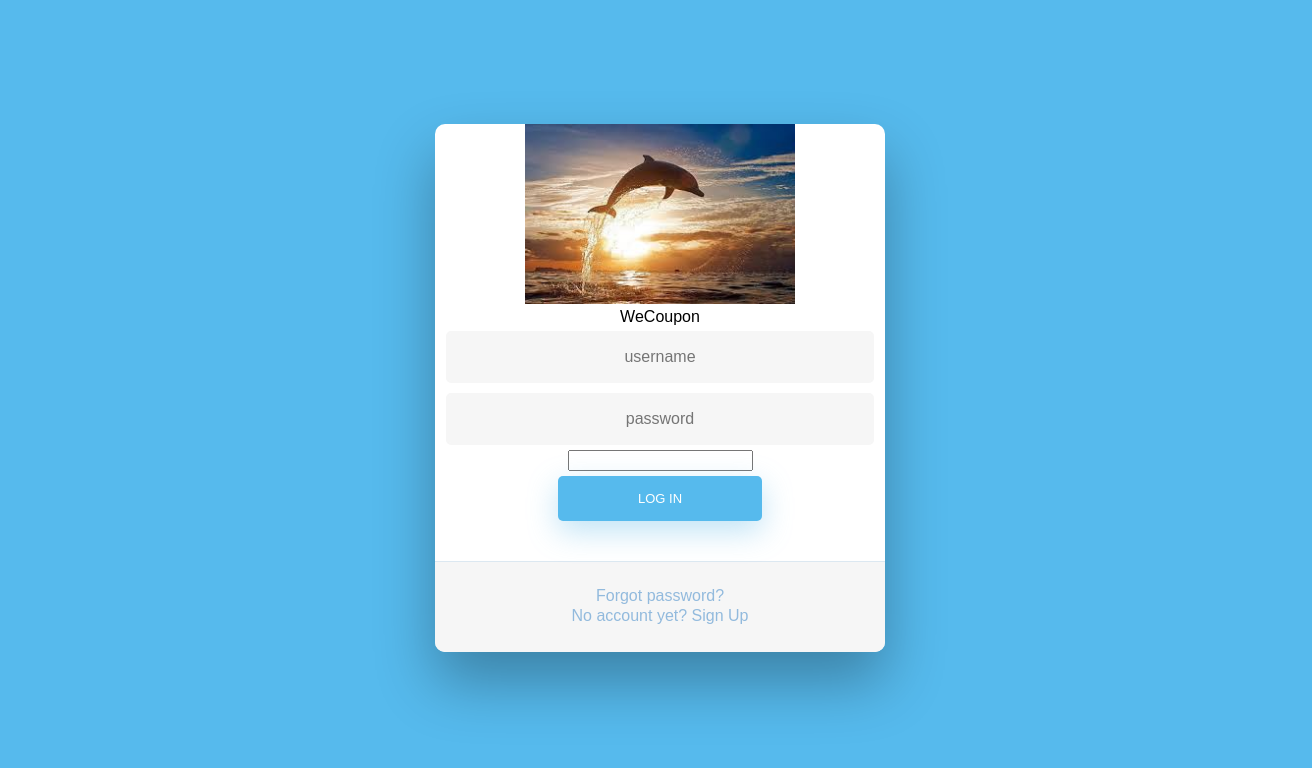
Repository: XUXiangCUHK/WeCoupon
Page: templates/login.html
The author's editor kept a copy of each file at every save. The page is drawn from the files as they stood at one save, then again after the next save.
The browser window is 1280 px wide. The page is 1312 px wide, so the pictures cover 1312 px, including what lies to the right of the window. The pictures show the whole page.

Above is the page before, as saved 2021-02-27 15:21:14.

After the next save:
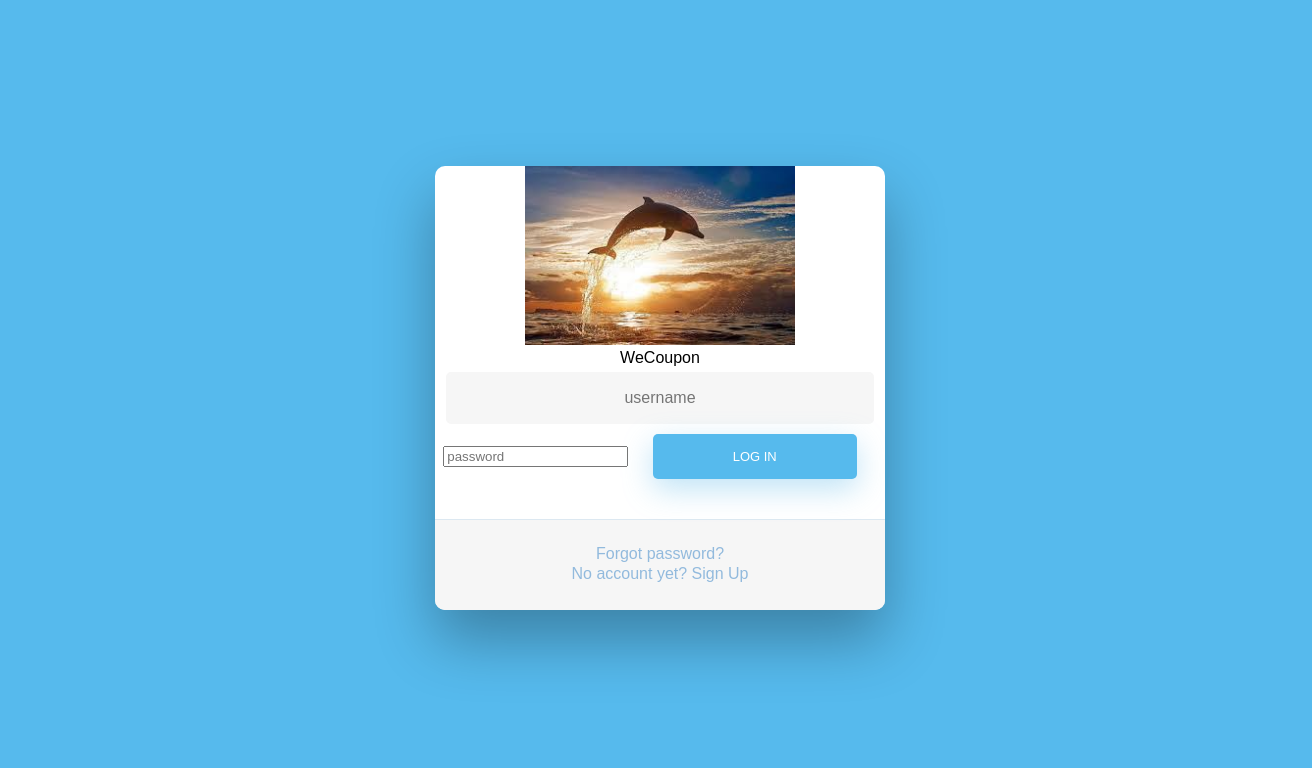
Saved 2 min 4 s later.
--- a/templates/login.html
+++ b/templates/login.html
@@ -25,11 +25,8 @@
           <!-- Login Form -->
           <form id="form_id" method="POST">
             <input type="text" id="username" class="fadeIn second" name="login" placeholder="username">
-            <input type="text" id="password" class="fadeIn third" name="login" placeholder="password">
-            <div class="relative">
-              <input type="password" id="passwd" name="passwd">
-              <i class="fa fa-eye showpwd" onClick="showPwd('passwd', this)">   </i>
-            </div>
+            <input type="passwordtype" id="password" class="fadeIn third" name="login" placeholder="password">
+            <i class="fa fa-eye showpwd" onClick="showPwd('password', this)">   </i>
             <input type="submit" class="fadeIn fourth" value="Log In" onclick="return processloginform();">
           </form>
 
--- a/static/js/login.js
+++ b/static/js/login.js
@@ -6,11 +6,11 @@
 
 function showPwd(id, el) {
     let x = document.getElementById(id);
-    if (x.type === "password") {
+    if (x.type === "passwordtype") {
         x.type = "text";
         el.className = 'fa fa-eye-slash showpwd';
     } else {
-        x.type = "password";
+        x.type = "passwordtype";
         el.className = 'fa fa-eye showpwd';
     }
 }
